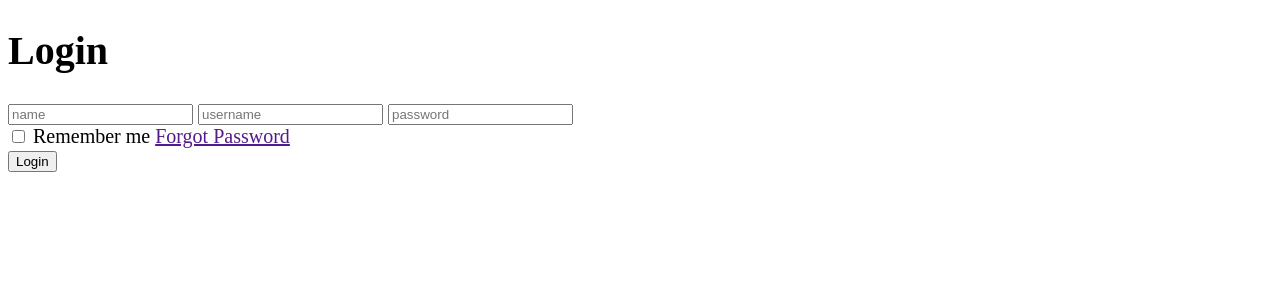
Repository: Kubraaygun/Html_Css_Login
Page: index.html
These files come from the project's save history. The page is drawn as it stood at one moment and after the next save; the edit follows.
The browser window is 1280 px wide. The pictures show the whole page.

Above is the page before, as saved 2025-03-05 18:08:18.

### index.html
<!DOCTYPE html>
<html lang="en">
  <head>
    <meta charset="UTF-8" />
    <meta name="viewport" content="width=device-width, initial-scale=1.0" />
    <title>HTML</title>
    <link rel="stylesheet" href="style.css" />
  </head>

  <body>
    <div class="container">
      <form action="">
        <!-- Baslik -->
        <h1>Login</h1>

        <!-- input alanimiz -->
        <div class="input-name">
          <input type="text" required placeholder="name" />
          <input type="text" required placeholder="username" />
          <input type="password" required placeholder="password" />
        </div>

        <!-- Remember me Alani -->
        <div class="remember-me">
          <label>
            <input type="checkbox" />
            Remember me
          </label>
          <a href="">Forgot Password</a>
        </div>
        <button type="submit" class="button">Login</button>
      </form>
    </div>
  </body>
</html>

### style.css
body {
  font-size: 20px;
}
.h1:hover {
  background-color: purple;
}
#h1:hover {
  color: purple;
}
.link:hover {
  text-decoration: none;
}

ol {
  background-color: pink;
  margin: 30px 0 20px 10px;
  border: 15px double red;
}

ul {
  background-color: blue;
  margin: 20px;
  border-radius: 20px 0 50px 10px;
}
li {
  padding: 20px;
  margin: 10px;
}

After the next save:
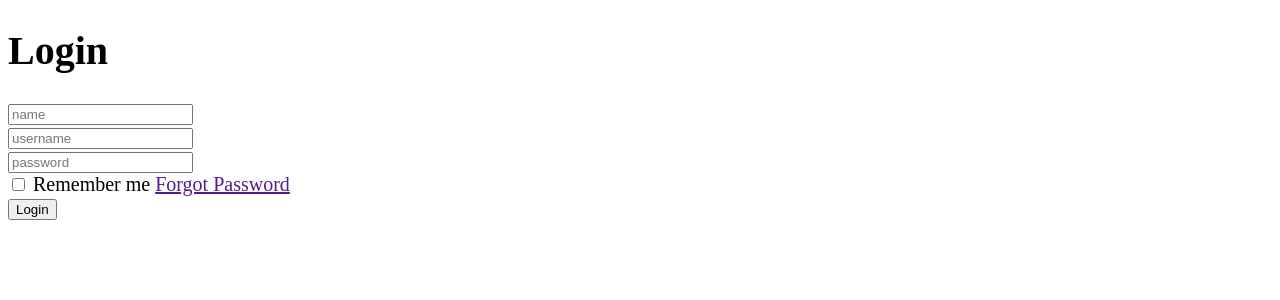
Saved 16 s later.
--- a/index.html
+++ b/index.html
@@ -15,8 +15,10 @@
 
         <!-- input alanimiz -->
         <div class="input-name">
-          <input type="text" required placeholder="name" />
+          <input type="text" required placeholder="name" /></div>
+          <div>
           <input type="text" required placeholder="username" />
+        </div>
           <input type="password" required placeholder="password" />
         </div>
 
